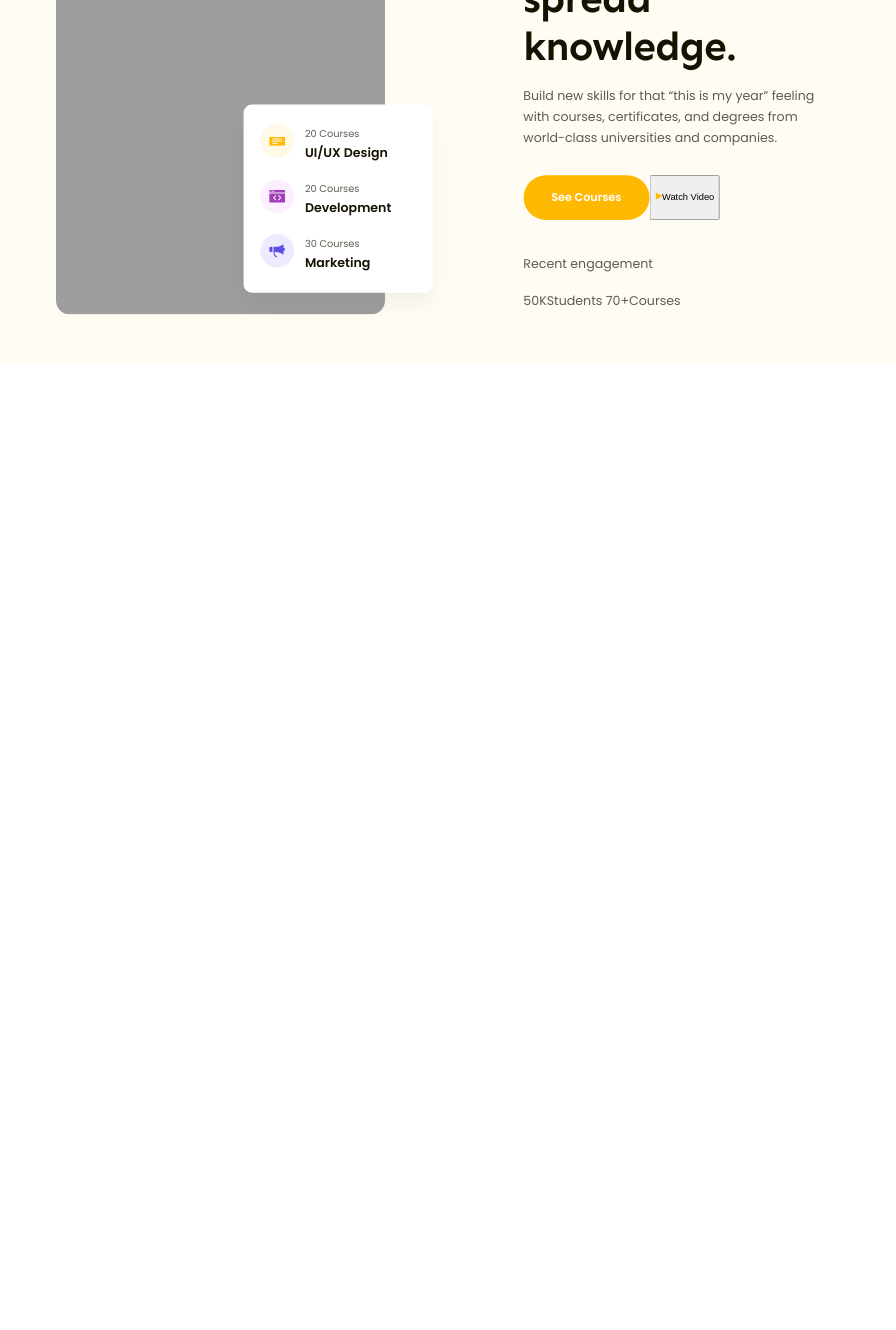
Repository: dovanlanh/f8-project-02
Page: index.html
These files come from the project's save history. The page is drawn as it stood at one moment and after the next save; the edit follows.
The browser window is 1280 px wide. The pictures show the part of the page from y = 386 to 2286 px (the page is 10000 px tall), at 70% of full size.
Pictures or frames that could not be fetched are drawn as grey boxes.

Above is the page before, as saved 2023-02-05 11:31:05.

After the next save:
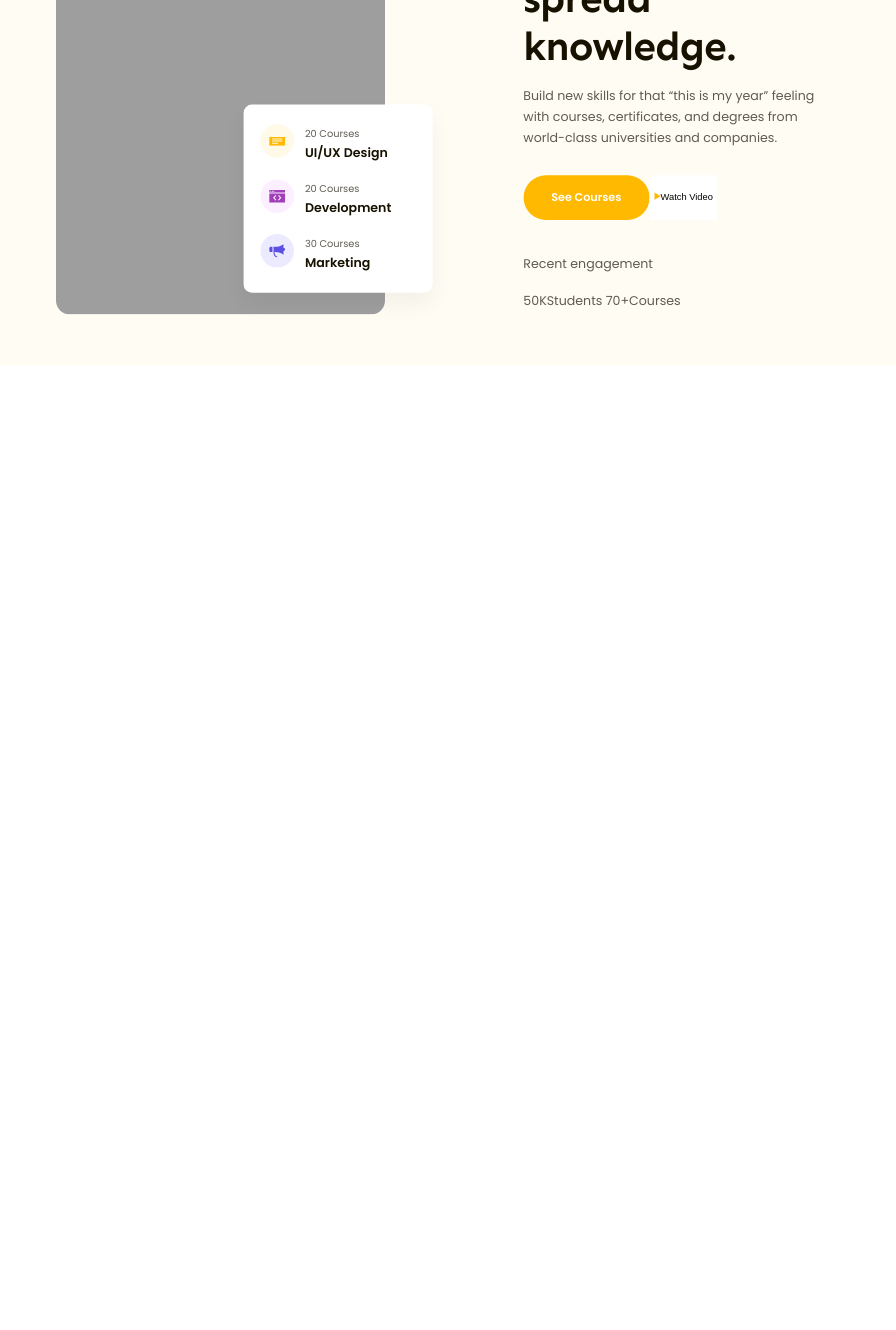
Saved 37 s later.
--- a/assets/css/styles.css
+++ b/assets/css/styles.css
@@ -199,5 +199,6 @@ a {
     display: flex;
     align-items: center;
     justify-content: center;
-    outline: none;
-}
+    border: none;
+    background: #fff;
+}
